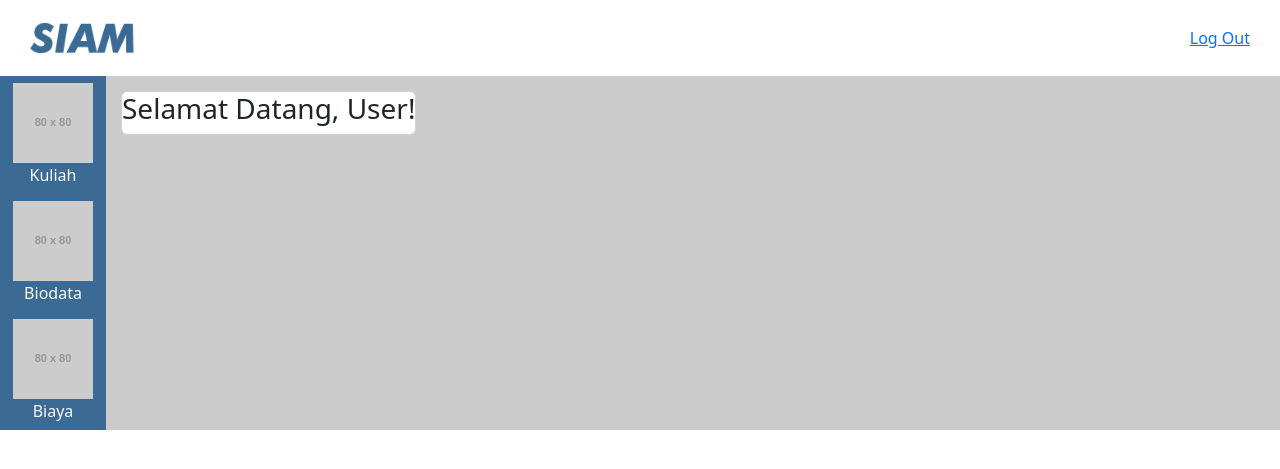
Repository: haikalirf/Project-IMK
Page: kuliah.html
The author's editor kept a copy of each file at every save. The page is drawn from the files as they stood at one save, then again after the next save.
The browser window is 1280 px wide. The pictures show the whole page.

Above is the page before, as saved 2022-12-10 13:03:02.

After the next save:
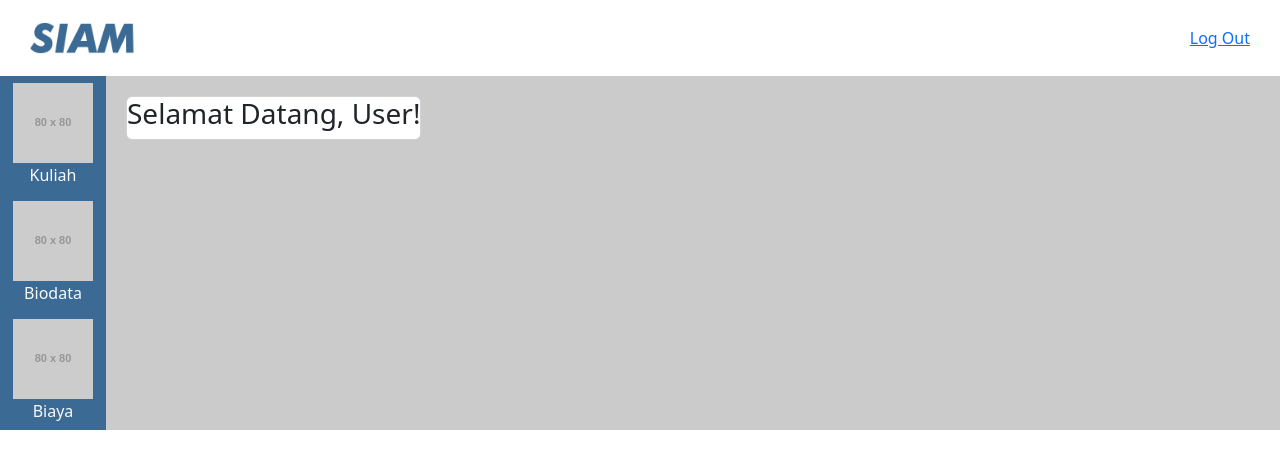
Saved 14 s later.
--- a/styles/kuliah.css
+++ b/styles/kuliah.css
@@ -33,5 +33,5 @@ main {
 }
 
 .card {
-	margin: 15px;
+	margin: 20px;
 }
